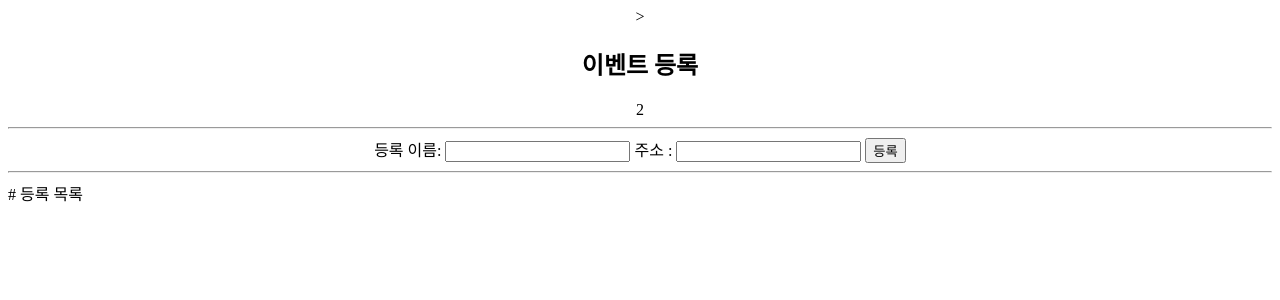
Repository: ljdongz/jsp-study
Page: http://localhost/jspbook/ch06/jdbctest.jsp
An editor plug-in stored every save of this project. The page is shown before and after the next save, followed by the edit.
The browser window is 1280 px wide. The pictures show the whole page.
The page is served by Tomcat 9. Other server files are loaded and not shown. Queries for data that is not in the repository find no rows.

Above is the page before, as saved 2022-10-12 01:38:39.

### jspbook/src/main/webapp/ch06/jdbctest.jsp
<%@ page language="java" contentType="text/html; charset=UTF-8" pageEncoding="UTF-8" import="java.sql.*"%>
<!DOCTYPE html>
<%
request.setCharacterEncoding("UTF-8");
%>
<%
Connection conn = null;
PreparedStatement pstmt = null;
String jdbc_driver = "com.mysql.cj.jdbc.Driver";
String jdbc_url = "jdbc:mysql://localhost/jspdb?allowPublicKeyRetrieval=true&useUnicode=true&characterEncoding=utf8&useSSL=false&serverTimezone=UTC";
try {
	Class.forName(jdbc_driver);
	conn = DriverManager.getConnection(jdbc_url, "jspbook", "wjdehd3985");
	String sql = "insert into jdbc_test value(?,?)";
	pstmt = conn.prepareStatement(sql);
	pstmt.setString(1, request.getParameter("username"));
	pstmt.setString(2, request.getParameter("email"));

	if (request.getParameter("username") != null) {
		pstmt.executeUpdate();
	}
} catch (Exception e) {
	System.out.println(e);
}
%>
<html>
<head>
<meta http-equiv="Content-Type" content="text/html; charset=UTF-8">
<title>JDBC TEST JSP</title>
</head>
<body>
	<div align="center">
		>
		<H2>이벤트 등록</H2>
		2
		<HR>
		<form name=form1 method=post>
			등록 이름: <input type=text name=username>
			주소 : <input type=text name=email size=20>
			<input type=submit value="등록">
		</form>
		<HR>
	</div>
	# 등록 목록
	<P>
		<%
		try {
			String sql = "select username, email from jdbc_test";
			pstmt = conn.prepareStatement(sql);
			ResultSet rs = pstmt.executeQuery();
			int i = 1;

			while (rs.next()) {
				out.println(i + ": " + rs.getString(1) + ", " + rs.getString(2) + "<br>");
				i++;
			}
			rs.close();
			pstmt.close();
			conn.close();
		} catch (Exception e) {
			System.out.println(e);
		}
		%>

</body>
</html>

After the next save:
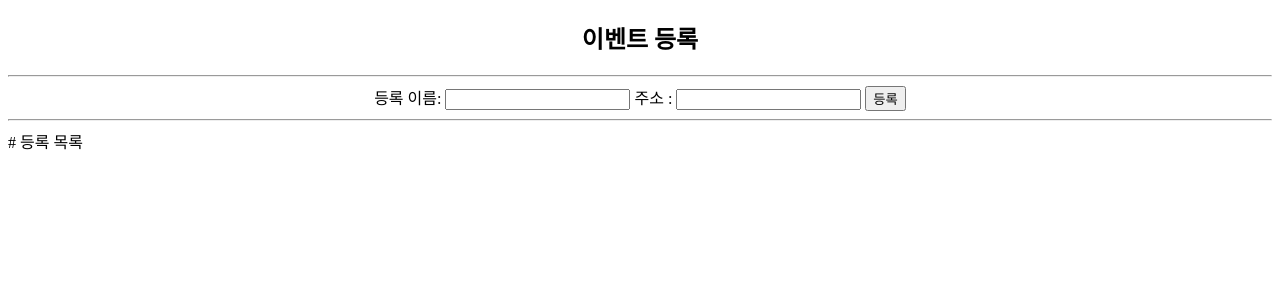
Saved 20 s later.
--- a/jspbook/src/main/webapp/ch06/jdbctest.jsp
+++ b/jspbook/src/main/webapp/ch06/jdbctest.jsp
@@ -30,9 +30,7 @@ try {
 </head>
 <body>
 	<div align="center">
-		>
 		<H2>이벤트 등록</H2>
-		2
 		<HR>
 		<form name=form1 method=post>
 			등록 이름: <input type=text name=username>
